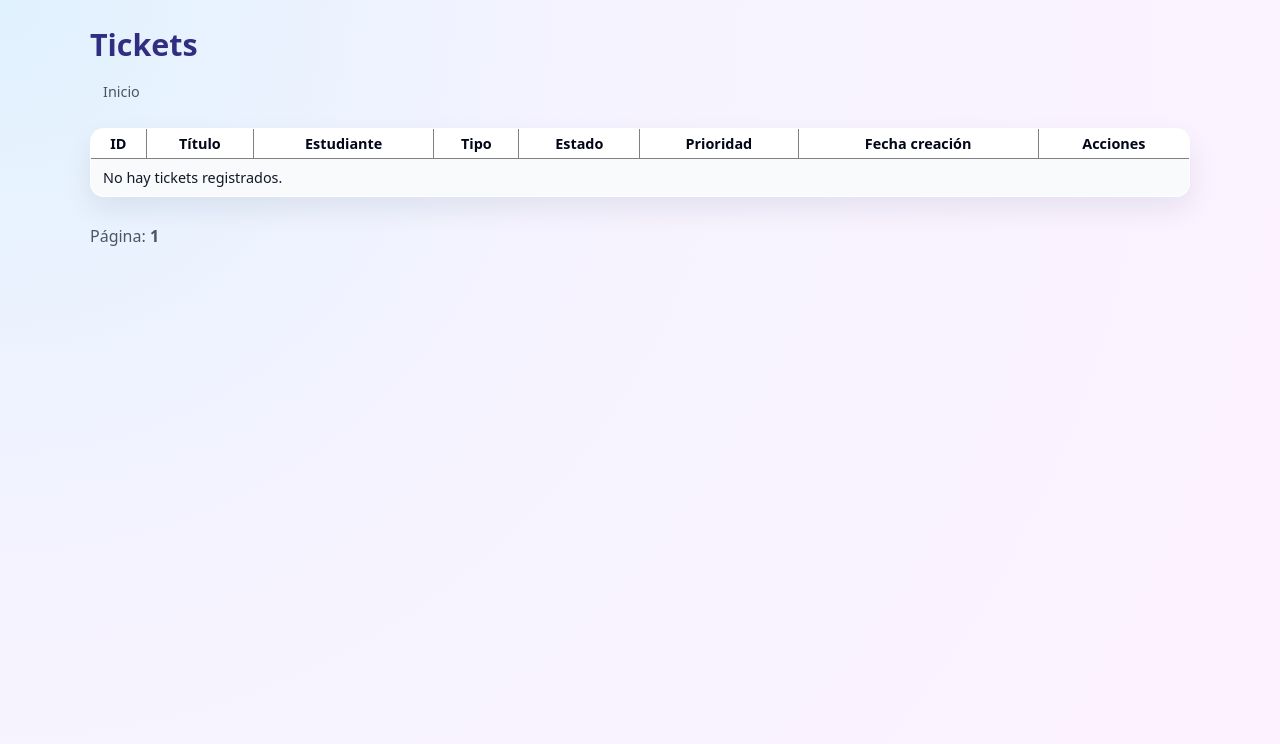
Repository: eleazarrrg/Proyecto-Mesa-Ayuda
Page: http://localhost/mesa-ayuda/tickets.php
The author's editor kept a copy of each file at every save. The page is drawn from the files as they stood at one save, then again after the next save.
The browser window is 1280 px wide. The pictures show the whole page.
The page is run by PHP 8.4 with error messages shown; the project is at /var/www/html/. The session is filled in as if someone had signed in: {"user_id": 1, "user_name": "Test User", "role_id": 1}. Queries for data that is not in the repository find no rows.

Above is the page before, as saved 2025-12-07 12:39:18.

After the next save:
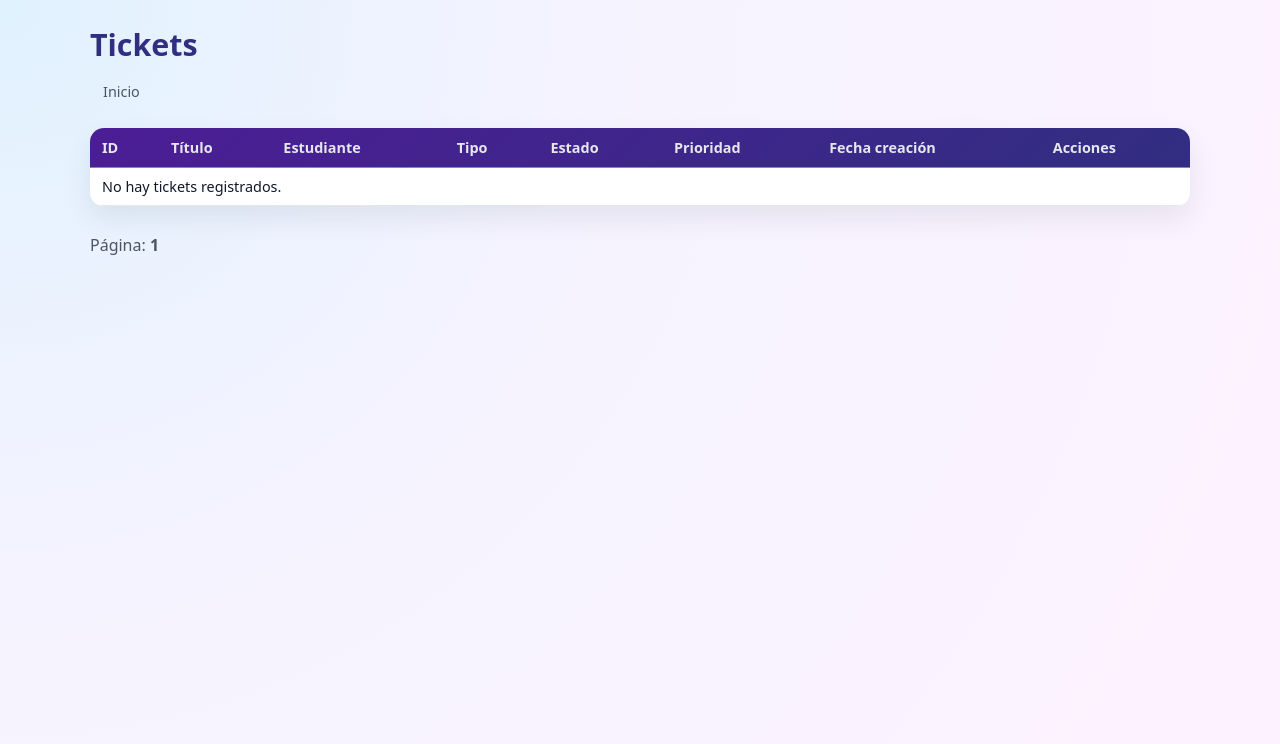
Saved 5 min 35 s later.
--- a/public/tickets.php
+++ b/public/tickets.php
@@ -13,6 +13,7 @@ $ticketModel = new Ticket();
 
 $roleId = $_SESSION['role_id'] ?? null;
 $userId = $_SESSION['user_id'] ?? null;
+$esEstudiante = ($roleId == 3);
 
 // Paginación
 $pagina = isset($_GET['p']) ? (int)$_GET['p'] : 1;
@@ -23,7 +24,7 @@ $porPagina = 10;
 $offset    = ($pagina - 1) * $porPagina;
 
 // Si es estudiante, solo ve sus tickets
-if ($roleId == 3) { // ESTUDIANTE
+if ($esEstudiante) {
     $total   = $ticketModel->contarPorCreador($userId);
     $tickets = $ticketModel->listarPorCreador($userId, $porPagina, $offset);
 } else {
@@ -46,14 +47,17 @@ $totalPaginas = max(1, (int)ceil($total / $porPagina));
 
     <p>
         <a href="dashboard.php">Inicio</a>
-        <?php if ($roleId == 3): ?>
+        <?php if ($esEstudiante): ?>
             | <a href="ticket_nuevo.php">Nuevo Ticket</a>
         <?php endif; ?>
     </p>
 
-    <table border="1" cellpadding="5" cellspacing="0">
+    <table>
+        <thead>
         <tr>
-            <th>ID</th>
+            <?php if (!$esEstudiante): ?>
+                <th>ID</th>
+            <?php endif; ?>
             <th>Título</th>
             <th>Estudiante</th>
             <th>Tipo</th>
@@ -62,21 +66,25 @@ $totalPaginas = max(1, (int)ceil($total / $porPagina));
             <th>Fecha creación</th>
             <th>Acciones</th>
         </tr>
+        </thead>
+        <tbody>
         <?php if (empty($tickets)): ?>
             <tr>
-                <td colspan="8">No hay tickets registrados.</td>
+                <td colspan="<?= $esEstudiante ? 7 : 8; ?>">No hay tickets registrados.</td>
             </tr>
         <?php else: ?>
             <?php foreach ($tickets as $t): ?>
                 <tr>
-                    <td><?= $t['id']; ?></td>
-                    <td><?= htmlspecialchars($t['titulo']); ?></td>
-                    <td><?= htmlspecialchars($t['primer_nombre'] . ' ' . $t['primer_apellido']); ?></td>
-                    <td><?= htmlspecialchars($t['tipo_nombre']); ?></td>
-                    <td><?= htmlspecialchars($t['estado']); ?></td>
-                    <td><?= htmlspecialchars($t['prioridad']); ?></td>
-                    <td><?= $t['fecha_creacion']; ?></td>
-                    <td>
+                    <?php if (!$esEstudiante): ?>
+                        <td data-label="ID"><?= $t['id']; ?></td>
+                    <?php endif; ?>
+                    <td data-label="Título"><?= htmlspecialchars($t['titulo']); ?></td>
+                    <td data-label="Estudiante"><?= htmlspecialchars($t['primer_nombre'] . ' ' . $t['primer_apellido']); ?></td>
+                    <td data-label="Tipo"><?= htmlspecialchars($t['tipo_nombre']); ?></td>
+                    <td data-label="Estado"><?= htmlspecialchars($t['estado']); ?></td>
+                    <td data-label="Prioridad"><?= htmlspecialchars($t['prioridad']); ?></td>
+                    <td data-label="Fecha creación"><?= $t['fecha_creacion']; ?></td>
+                    <td data-label="Acciones">
                         <a href="ticket_detalle.php?id=<?= $t['id']; ?>">Ver / Gestionar</a>
                         <?php if ($t['estado'] === 'CULMINADA'): ?>
                             | <a href="encuesta.php?ticket_id=<?= $t['id']; ?>">Encuesta</a>
@@ -85,6 +93,7 @@ $totalPaginas = max(1, (int)ceil($total / $porPagina));
                 </tr>
             <?php endforeach; ?>
         <?php endif; ?>
+        </tbody>
     </table>
 
     <p>
